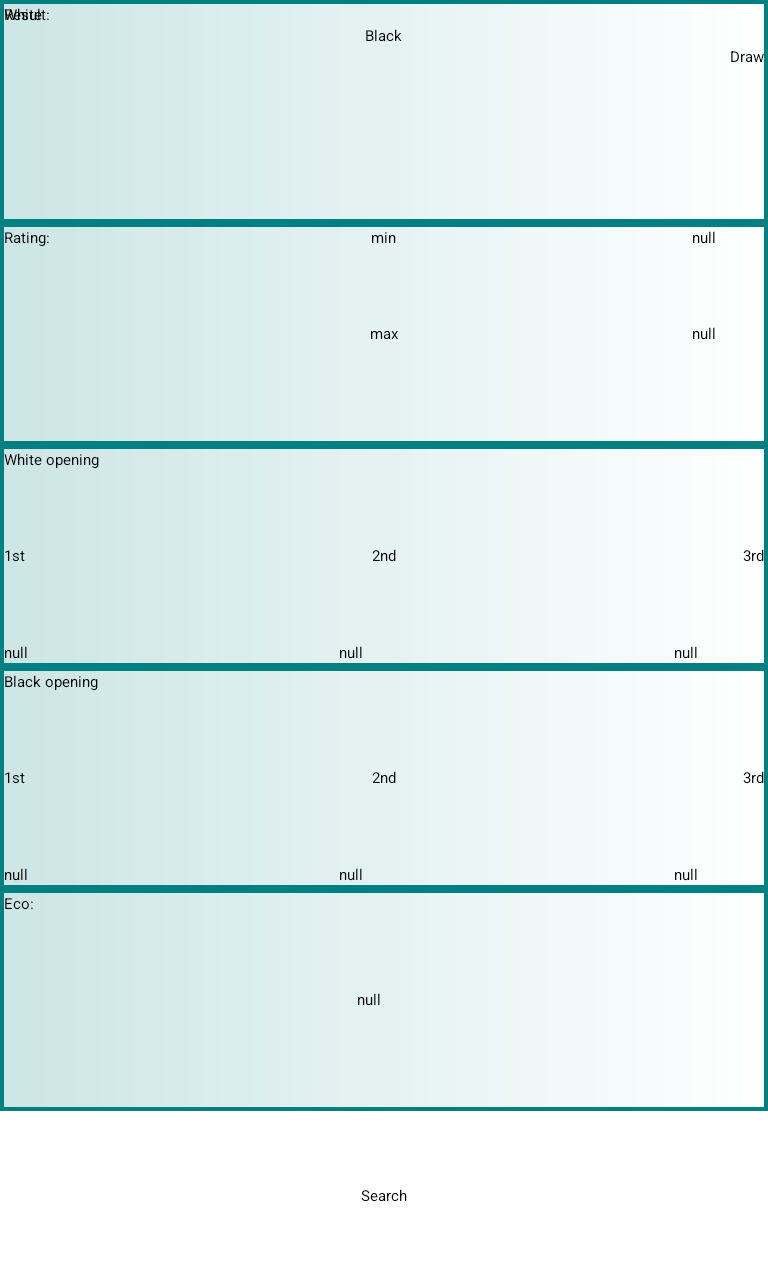
Repository: zyixc/ProjectChessV2
Layout: ChessMasters/res/layout/fragment_game_search_screen.xml
The author's editor kept a copy of each file at every save. The layout is drawn from the files as they stood at one save, then again after the next save.
It is drawn on a 768 x 1280 px phone screen (xhdpi) without system bars, with theme AppTheme; the app's code is not run.

Above is the layout before, as saved 2014-06-25 13:38:08.

After the next save:
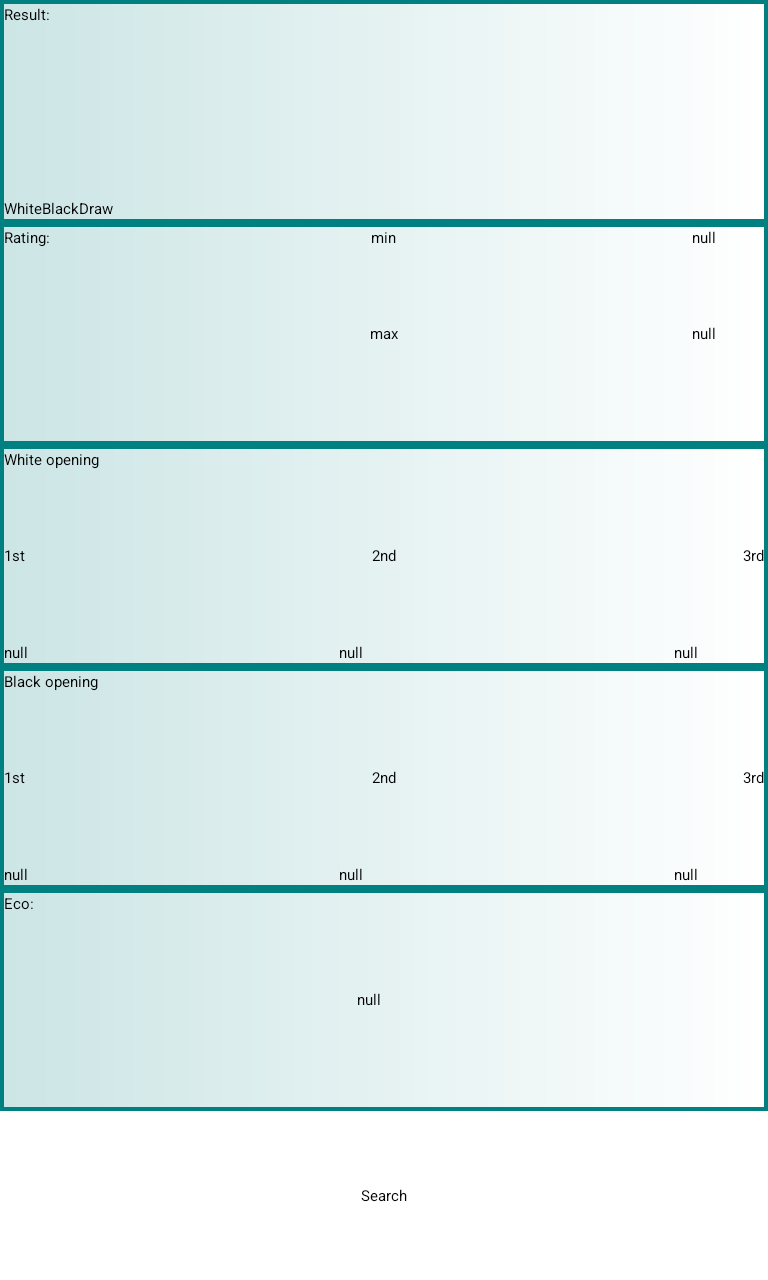
Saved 3 min 11 s later.
--- a/ChessMasters/res/layout/fragment_game_search_screen.xml
+++ b/ChessMasters/res/layout/fragment_game_search_screen.xml
@@ -19,9 +19,9 @@
 
         <RadioGroup
             android:id="@+id/fGSS_Result_RadioGroup"
-            android:layout_width="fill_parent"
-            android:layout_height="fill_parent"
-            android:layout_gravity="bottom" >
+            android:layout_width="match_parent"
+            android:layout_height="match_parent"
+            android:orientation="horizontal" >
 
             <RadioButton
                 android:id="@+id/fGSS_Result_RadioButton_White"
@@ -35,7 +35,7 @@
                 android:id="@+id/fGSS_Result_RadioButton_Black"
                 android:layout_width="wrap_content"
                 android:layout_height="wrap_content"
-                android:layout_gravity="center"
+                android:layout_gravity="bottom|center"
                 android:text="@string/game_search_screen_result_black"
                 android:textAppearance="@android:style/TextAppearance.DeviceDefault.Large" />
 
@@ -43,7 +43,7 @@
                 android:id="@+id/fGSS_Result_RadioButton_Draw"
                 android:layout_width="wrap_content"
                 android:layout_height="wrap_content"
-                android:layout_gravity="right"
+                android:layout_gravity="bottom|center"
                 android:text="@string/game_search_screen_result_draw"
                 android:textAppearance="@android:style/TextAppearance.DeviceDefault.Large" />
 
@@ -57,12 +57,12 @@
         android:background="@drawable/customborder">
 
         <TextView
-            android:layout_width="wrap_content"
-            android:layout_height="wrap_content"
-            android:textAppearance="?android:attr/textAppearanceLarge"
+            android:id="@+id/fGSS_Rating_TextView"
+            android:layout_width="wrap_content"
+            android:layout_height="wrap_content"
+            android:layout_gravity="left|top"
             android:text="@string/game_search_screen_rating"
-            android:id="@+id/fGSS_Rating_TextView"
-            android:layout_gravity="left|top" />
+            android:textAppearance="?android:attr/textAppearanceLarge" />
 
         <TextView
             android:layout_width="wrap_content"
